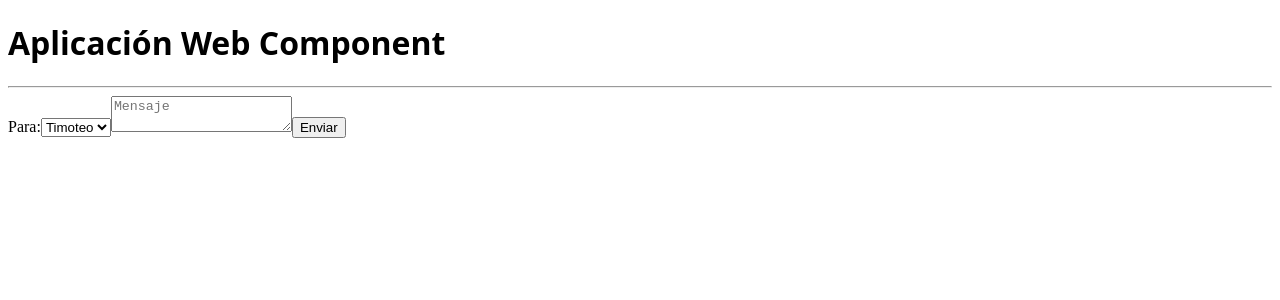
Repository: maxTech2019/Lab-react-C12024
Page: /
The author's editor kept a copy of each file at every save. The page is drawn from the files as they stood at one save, then again after a run of saves.
The browser window is 1280 px wide. The pictures show the whole page.
The project was rebuilt for these pictures with package versions that can differ from the ones it lists, and the page was loaded fresh each time. Also part of the build but not shown: vite.config.js, src/css/productos.css, src/component/Productos.jsx, src/custom_hooks/useContador.js, src/component/ContadoruseEffect.jsx.

Above is the page before, as saved 2024-06-06 11:45:50.

After the next 3 saves:
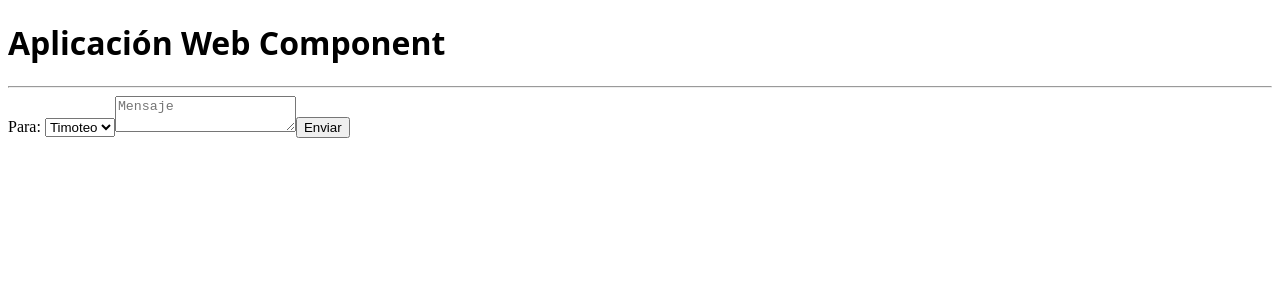
The 3 saves are shown as one change because they came seconds apart.
The last was saved 46 s later.
--- a/src/component/Formulario.jsx
+++ b/src/component/Formulario.jsx
@@ -3,7 +3,7 @@ const Formulario = () => {
     return (
         <form>
             <label>
-                Para:
+                Para: {'  '}
                 <select name="" id="">
                     <option value="Timote">Timoteo</option>
                     <option value="Sarahy">Sarahy</option>
